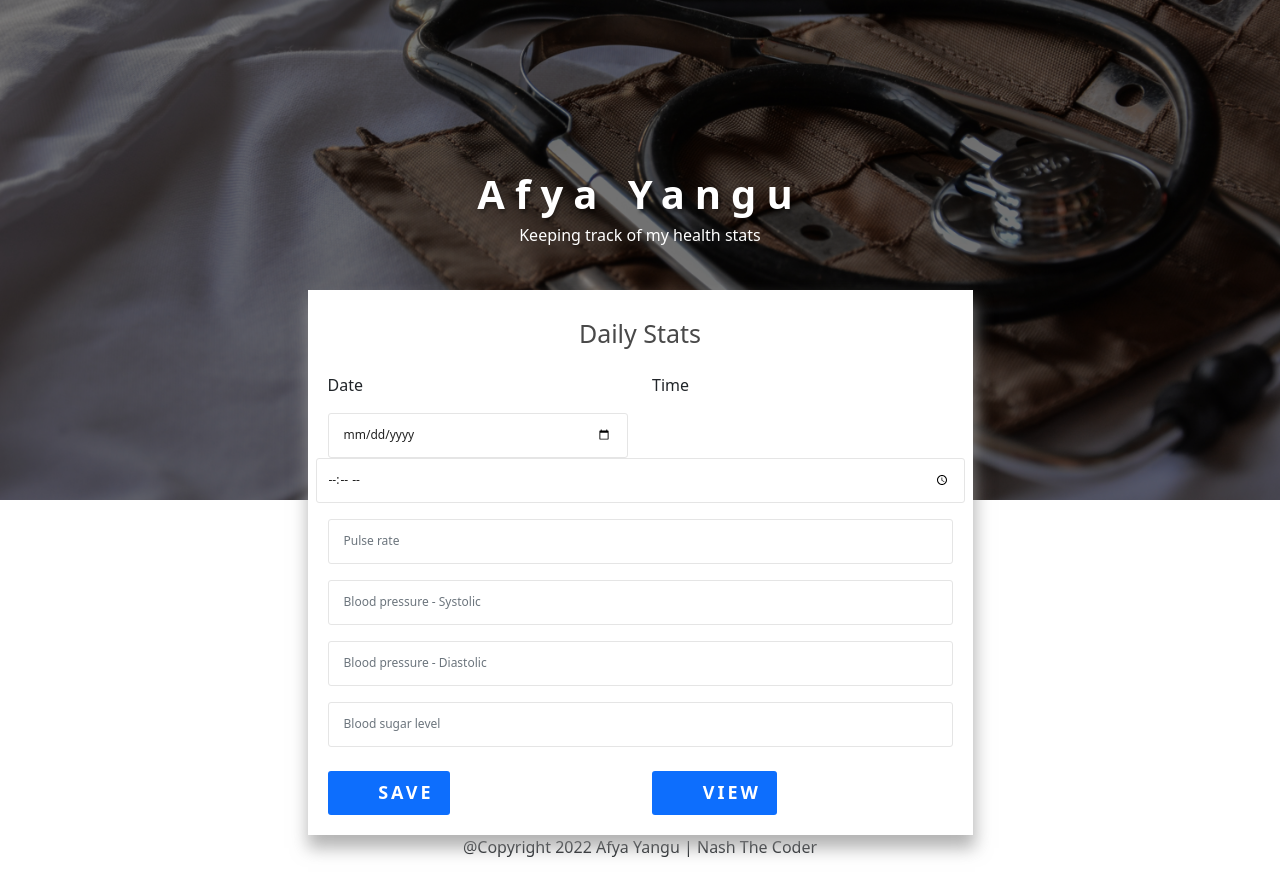
Repository: nashthecoder/afya_yangu
Page: /
These files come from the project's save history. The page is drawn as it stood at one moment and after a run of saves; the edit follows.
The browser window is 1280 px wide. The pictures show the whole page.
The project was rebuilt for these pictures with package versions that can differ from the ones it lists, and the page was loaded fresh each time.

Above is the page before, as saved 2022-02-27 16:29:04.

### src/App.js
import React from 'react'
import Banner from './components/Banner'
import Form from './components/Form'
import Footer from './components/Footer'
function App() {
  return (
    <div className="App">
      <Banner />
      <Form />
      <Footer />
    </div>
  );
}

export default App;

### src/style.scss
@import '../node_modules/bootstrap/scss/bootstrap.scss';
/*********************************************/
/*             GENERAL CSS              */
/*********************************************/

body {
    width: 100%;
    position: relative;
}

p.main-form-text {
    font-size: 25px !important;
    font-weight: 500;
    color: #494949;
}

h3 {
    font-size: 40px;
    letter-spacing: 10px;
    font-weight: bold;
}

h4 {
    font-size: 16px;
}

img {
    width: 100%;
    height: 100%;
}

form {
    position: relative;
}

/*********************************************/
/*              UTILITY CSS             */
/*********************************************/

input,
input.form-control {
    color: #222;
    font-size: 12px;
    background: $white;
    padding: 0 15px;
    width: 100%;
    height: 45px;
    line-height: 46px;
    outline: none;
    border: 1px solid #e5e5e5;
    border-radius: 3px;
    box-shadow: none;
    transition: all 0.3s;
}

input.form-control-1 {
    color: #222;
    font-size: 12px;
    background: $white;
    padding: 0 15px;
    width: 65%;
    height: 45px;
    line-height: 46px;
    outline: none;
    border: 1px solid #e5e5e5;
    border-radius: 3px;
    box-shadow: none;
    transition: all 0.3s;
}

.btn-primary {
    font-weight: 600;
    font-size: 18px;
    cursor: pointer;
    display: inline-block;
    text-transform: uppercase;
    border: none;
    color: $white;
    border-radius: 3px;
    transition: all 0.3s;
    letter-spacing: 3px;
}

.btn-primary:hover,
.btn-primary:focus {
    background-color: #2b2b2b;
}

.banner {
    background-image: url("./images/bg.jpg");
    min-height: 500px;
    padding: 40px 0px;
    position: relative;
    background-position: center center;
    background-size: cover;
    background-repeat: no-repeat;
}

.banner::before {
    content: "";
    width: 100%;
    height: 100%;
    opacity: 0.5;
    background-color: #000;
    position: absolute;
    top: 0;
}

.brand {
    text-shadow: 2px 4px 3px rgba(0, 0, 0, 0.3);
}

.caption-text {
    margin-top: 130px;
    color: $white;
    position: relative;
}

/*********************************************/
/*              BANNER CSS              */
/*********************************************/

.banner {
    background-image: url("./images/bg.jpg");
    min-height: 500px;
    padding: 40px 0px;
    position: relative;
    background-position: center center;
    background-size: cover;
    background-repeat: no-repeat;
}

.banner::before {
    content: "";
    width: 100%;
    height: 100%;
    opacity: 0.5;
    background-color: #000;
    position: absolute;
    top: 0;
}

.brand {
    text-shadow: 2px 4px 3px rgba(0, 0, 0, 0.3);
}

.caption-text {
    margin-top: 130px;
    color: $white;
    position: relative;
}

/*********************************************/
/*              FORM CSS                "/
/*********************************************/

.form-box #box-title {
    position: relative;
    padding: 10px;
    text-align: center;
}

.form-box #box-title p {
    margin-bottom: 0;
    font-size: 14px;
}

.fill-form {
    position: relative;
    margin: -210px auto 0px auto;
    box-shadow: 1px 12px 16px 1px rgba(153, 153, 153, 0.75);
    -webkit-box-shadow: 1px 12px 16px 1px rgba(153, 153, 153, 0.75);
    -moz-box-shadow: 1px 12px 16px 1px rgba(153, 153, 153, 0.75);
}

.fill-form .form-box__img {
    background-color: transparent;
}

.fill-form .form-box__content {
    padding: 20px;
    background-color: $white;
}

/*********************************************/
/*               FOOTER CSS                  "/
/*********************************************/

footer p {
    margin: 55px 0px 60px 0px;
    font-size: 17px;
    font-weight: 600;
    color: transparent;
    -webkit-background-clip: text;
    -moz-background-clip: text;
    background-clip: text;
}

/*********************************************/
/*              MEDIA QUERIES CSS           "/
/*********************************************/

@media only screen and (min-width: 994px) and (max-width: 1398px) and (-webkit-min-device-pixel-ratio: 1) {
    .form-box #box-title {
        padding: 5px 20px 20px 20px;
    }
}

@media only screen and (min-width: 767px) and (max-width: 1196px) and (-webkit-min-device-pixel-ratio: 1) {
    .form-box #box-title {
        padding: 0px;
    }
    .fill-form .form-box__content {
        padding: 50px 50px 60px 50px;
    }
}

@media only screen and (min-width: 500px) and (max-width: 766px) and (-webkit-min-device-pixel-ratio: 1) {
    .form-box #box-title {
        padding: 0px;
    }
    .fill-form .form-box__content {
        padding: 50px 50px 60px 50px;
    }
    h3.brand {
        font-size: 30px;
    }
    .caption-text h4 {
        font-size: 14px;
    }
    .caption-text {
        margin-top: 110px;
    }
    footer {
        margin-bottom: 30px;
    }
    .form-box__img {
        display: none;
    }
}

@media only screen and (min-width: 360px) and (max-width: 499px) and (-webkit-min-device-pixel-ratio: 1) {
    .caption-text {
        margin-top: 30px;
    }
    h3.brand {
        font-size: 19px;
    }
    .banner {
        min-height: 400px;
    }
    .form-box__img {
        display: none;
    }
    footer {
        margin-bottom: 10px;
    }
}

@media only screen and (max-width: 359px) {
    .caption-text {
        margin-top: 30px;
    }
    h3.brand {
        font-size: 17px;
    }
    .caption-text h4 {
        font-size: 12px;
    }
    .banner {
        min-height: 400px;
    }
    .form-box__img {
        display: none;
    }
    .form-box #box-title {
        padding: 0px 30px 30px;
    }
}

### src/components/Banner.js
import React from 'react'

const Banner = () => {
    return (
        <>
        <header>
            <div className="banner">
                <div className="container">
                    <div className="row">
                        <div className="col-lg-9 offset-lg-3 mx-auto">
                            <div className="caption-text text-center">
                                <h3 className="brand">Afya Yangu</h3>
                                <h4> Keeping track of my health stats</h4>
                            </div>
                        </div>
                    </div>
                </div>
            </div>
        </header>
        </>
    )
}

export default Banner

### src/components/Form.js
import React from 'react'

const Form = () => {
    return (
        <>
        <section>
            <div className="container">
                <div className="row">
                <div className="col-lg-7 offset-lg-2 g-0 mx-auto">
                    <div className="fill-form form-box">
                            <div className="form-box__content">
                            <div id="box-title">
                                <p className="main-form-text">Daily Stats</p>
                            </div>
                            <form>
                                <div class="row">
                                    <div class="col">
                                        <p>Date</p>
                                        <input
                                            class="form-control-short"
                                            id="date"
                                            name="date"
                                            placeholder="Date"
                                            type="date"
                                        />
                                    </div>
                                    <div class="col">
                                        <p>Time</p>
                                    </div>
                                    <input
                                        class="form-control-short"
                                        id="time"
                                        name="time"
                                        placeholder="Time"
                                        type="time"
                                    />
                                </div>
                                <div className="mt-3">
                                <input
                                    className="form-control"
                                    id="pulse-rate"
                                    name="pulse-rate"
                                placeholder="Pulse rate"
                                    type="number"
                                />
                                </div>
                                <div className="mt-3">
                                    <input
                                        class="form-control"
                                    id="systolic-number"
                                        name="systolic-number"
                                        placeholder="Blood pressure - Systolic"
                                        type="number"
                                    />
                                </div>
                                <div className="mt-3">
                                    <input
                                        className="form-control"
                                        id="diastolic-number"
                                        name="diastolic-number"
                                    placeholder="Blood pressure - Diastolic"
                                        type="number"
                                    />
                                </div>
                                <div className="mt-3">
                                    <input
                                        class="form-control"
                                    id="bloodSugar-level"
                                        name="bloodSugar-level"
                                        placeholder="Blood sugar level"
                                        type="number"
                                    />
                                </div>
                                <div className="d-grid mt-4">
                                <div class="container">
                                    <div class="row row-cols-2">
                                        <div class="col">
                                            <button class="btn btn-primary btn-lg" type="submit" value="Send Now">
                                                <svg
                                                xmlns="http://www.w3.org/2000/svg"
                                                width="27"
                                                height="27"
                                                fill="currentColor"
                                                class="bi bi-mailbox2"
                                                viewBox="0 0 16 16"
                                                >
                                                </svg>{" "}
                                                Save
                                            </button>
                                        </div>
                                        <div class="col">
                                            <button class="btn btn-primary btn-lg" type="submit" value="Send Now">
                                                <svg
                                                xmlns="http://www.w3.org/2000/svg"
                                                width="27"
                                                height="27"
                                                fill="currentColor"
                                                class="bi bi-mailbox2"
                                                viewBox="0 0 16 16"
                                                >
                                                </svg>{" "}
                                                View
                                            </button>
                                        </div>
                                    </div>
                                </div>
                                </div>
                            </form>
                            </div>
                        </div>
                    </div>
                </div>
                </div>
        </section>
        </>
    )
}

export default Form

### src/components/Footer.js
import React from 'react'

const Footer = () => {
    return (
        <>
        <div>
            <p className="footer text-center">@Copyright 2022 Afya Yangu | Nash The Coder</p>
        </div>
        </>
    )
}

export default Footer

Loaded but not shown: public/index.html (common file); src/index.js (common file); src/reportWebVitals.js (common file)

After the next 2 saves:
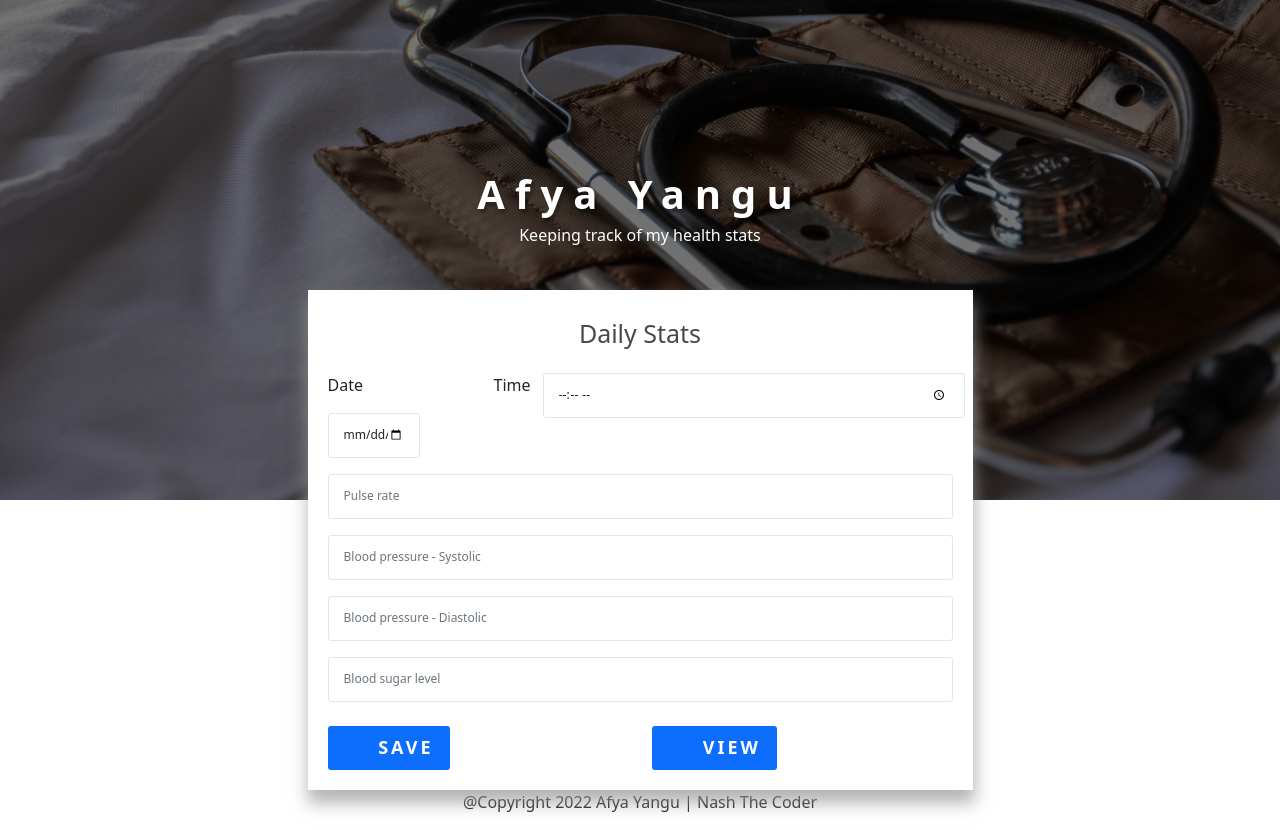
The 2 saves are shown as one change because they came seconds apart.
The last was saved 12 s later.
--- a/src/style.scss
+++ b/src/style.scss
@@ -53,7 +53,7 @@ input.form-control {
     transition: all 0.3s;
 }
 
-input.form-control-1 {
+input.form-control-short {
     color: #222;
     font-size: 12px;
     background: $white;

After the 2 saves that followed:
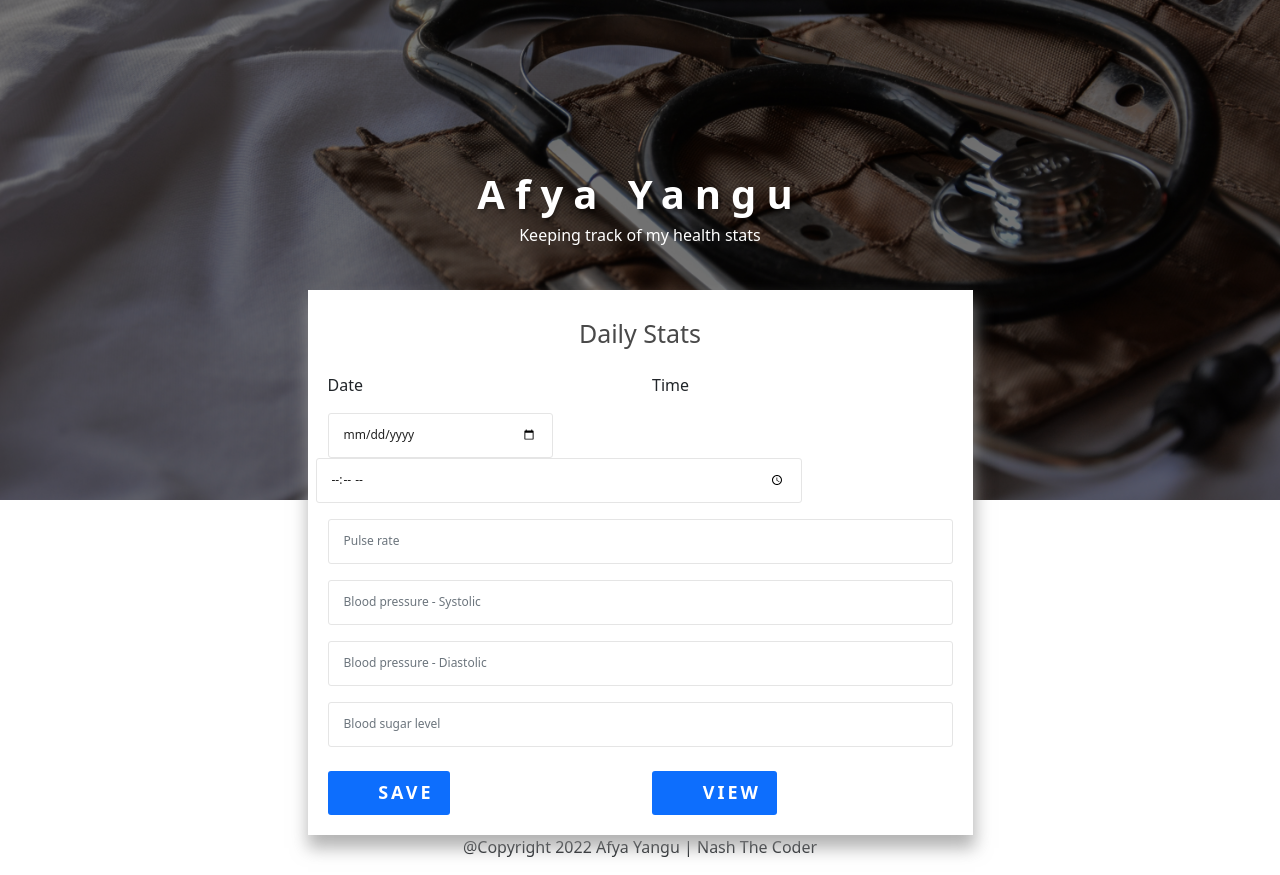
The 2 saves are shown as one change because they came seconds apart.
The last was saved 10 s later.
--- a/src/style.scss
+++ b/src/style.scss
@@ -58,7 +58,7 @@ input.form-control-1 {
     font-size: 12px;
     background: $white;
     padding: 0 15px;
-    width: 65%;
+    width: 75%;
     height: 45px;
     line-height: 46px;
     outline: none;
